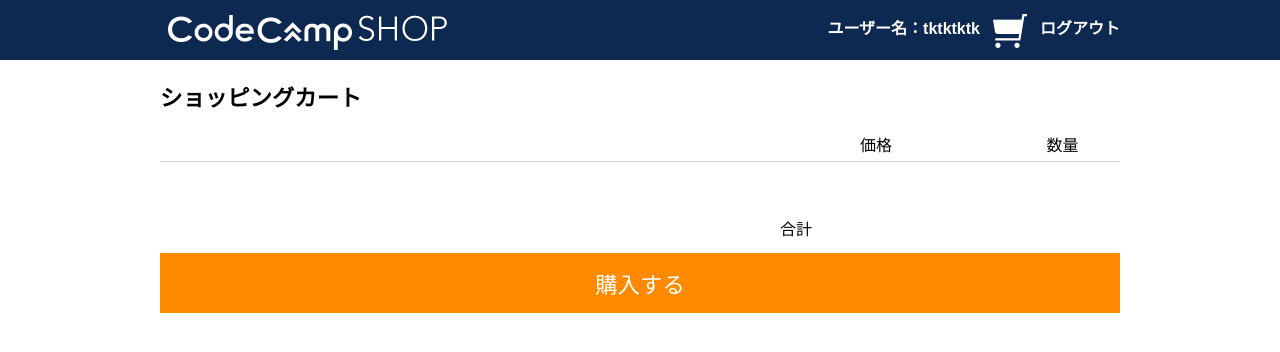
Repository: tppei/PHP
Page: http://localhost/ECinclude/ec_cart_view.php
The author's editor kept a record of every edit. The page is drawn from the files as they stood at one moment, then again after the next edit.
The browser window is 1280 px wide. The pictures show the whole page.
The page is run by PHP 8.4 with error messages shown; the project is at /var/www/html/.

Above is the page before.

### ECinclude/ec_cart_view.php
<!DOCTYPE html>
<html lang="ja">
<head>
  <meta charset="utf-8">
  <title>ショッピングカートページ</title>
  <link type="text/css" rel="stylesheet" href="./css/common.css">
</head>
<body>
  <header>
    <div class="header-box">
      <a href="./ec_login.php">
        <img class="logo" src="./image/logo.png" alt="CodeCamp SHOP">
      </a>
      <a class="nemu" href="./ec_logout.php">ログアウト</a>
      <a href="./ec_cart.php" class="cart"></a>
      <p class="nemu">ユーザー名：tktktktk</p>
    </div>
  </header>
  <div class="content">
    <h1 class="title">ショッピングカート</h1>

    <div class="cart-list-title">
      <span class="cart-list-price">価格</span>
      <span class="cart-list-num">数量</span>
    </div>
    <ul class="cart-list">
    　<?php
      if(!empty($data)){

        foreach($data as $go){
      ?>
      <li>
        <div class="cart-item">
          <?php print '<img class = "item-img" src= "./image/'.$go['img'].'">'?>
          <span class="cart-item-name"><?php print htmlspecialchars($go['name'],ENT_QUOTES,'UTF-8')?></span>
          <form class="cart-item-del" action="./ec_cart.php" method="post">
            <input type="submit" value="削除">
            <input type="hidden" name="item_id" value="<?php print htmlspecialchars($go['item_id'],ENT_QUOTES,'UTF-8')?>">
            <input type="hidden" name="delete" value="delete_cart">
          </form>
          <span class="cart-item-price"><?php print '￥' . htmlspecialchars($go['price'],ENT_QUOTES,'UTF-8')?></span>
          <form class="form_select_amount" id="form_select_amount<?php print htmlspecialchars($go['item_id'],ENT_QUOTES,'UTF-8')?>" action="./ec_cart.php" method="post">
            <input type="text" class="cart-item-num2" min="0" name="select_amount" value="
            <?php print htmlspecialchars($go['amount'],ENT_QUOTES,'UTF-8')?>
            ">個&nbsp;<input type="submit" value="変更する">
            <input type="hidden" name="item_id" value="<?php print htmlspecialchars($go['item_id'],ENT_QUOTES,'UTF-8')?>">
            <input type="hidden" name="sql_kind" value="change_cart">
          </form>
        </div>
      </li>
      <?php }
      }
      ?>
    </ul>
    <div class="buy-sum-box">
      <span class="buy-sum-title">合計</span>
      <span class="buy-sum-price"></span>
    </div>
    <div>
      <form method="post">
        <input class="buy-btn" type="submit" value="購入する">
      </form>
    </div>
  </div>
</body>
</html>

### htdocs/php25/css/common.css
/* reset -------------------------------------------- */

html, body, div, span, object, iframe,
h1, h2, h3, h4, h5, h6, p, blockquote, pre,
abbr, address, cite, code,
del, dfn, em, img, ins, kbd, q, samp,
small, strong, sub, sup, var,
b, i,
dl, dt, dd, ol, ul, li,
fieldset, form, label, legend,
table, caption, tbody, tfoot, thead, tr, th, td,
article, aside, canvas, details, figcaption, figure,
footer, header, hgroup, menu, nav, section, summary,
time, mark, audio, video {
  margin:0;
  padding:0;
  border:0;
  outline:0;
  font-size:100%;
  vertical-align:baseline;
  background:transparent;
}

ul {
  list-style:none;
}

a {
  text-decoration: none;
}

a:hover {
  text-decoration: underline;
}

/* common -------------------------------------------- */

body {
  font-family: sans-serif;
}

header {
  height: 60px;
  background-color: #0D2851;
}

.header-box {
  margin-left : auto ;
  margin-right : auto ;
  width: 960px;
}

.logo {
  float: left;
  display:block;
}

.cart {
  float: right;
  display:block;
  width:50px;
  height:50px;
  background:url("../image/cart.png")  no-repeat;
}

a:hover.cart {
  background: url("../image/cart_hover.png") no-repeat;
}

a:active.cart {
  background: url("../image/cart_on.png") no-repeat;
}

.nemu {
  float: right;
  display:block;
  margin: 15px 0 0 10px;
  font-weight: bold;
  font-size: 16px;
  color: #ffffff;
}

a:link.nemu {
  color: #ffffff;
}

a:visited.nemu  {
  color: #ffffff;
}


.content {
  margin-left : auto ;
  margin-right : auto ;
  width: 960px;
}

.success-msg {
  color: blue;
}

.err-msg {
  color: #FF0000;
}


/* top page -------------------------------------------- */

.item-list li {
  float:left;
  margin-top: 20px;
  margin-left: 20px;
  width:300px;
}

.item-list .item {
  text-align: center;
}

.item-list .item-img{
  width:300px;
}

.item-list .item-info{
  margin-top: 5px;
}

.item-list .item-name {
  float:left;
}

.item-list .item-price {
  display:block;
  float:right;
}

.item-list .cart-btn {
  display:block;
  clear:both;
  margin:0 auto;
  width:160px;
  height:40px;
  color: #ffffff;
  font-size: 100%;
  background-color: #00A7F7;
  border:none;
}

.item-list .sold-out{
  clear:both;
  height:40px;
  color: #FF0000;
  font-size: 1.2em;
}

/* cart, finish page -------------------------------------------- */

.title {
  margin-top: 20px;
  font-size: 1.4em;
}

.cart-list-title {
  clear:both;
  margin-top: 20px;
  margin-bottom: 10px;
  padding-bottom: 5px;
  border-bottom: 1px solid #ccc;
}

.cart-list-title .cart-list-price{
  margin-left: 700px;
}

.cart-list-title .cart-list-num {
  margin-left: 150px;
}

.cart-list .cart-item {
  clear:both;
  margin-top: 10px;
  margin-bottom: 10px;
  vertical-align: middle;
  border-bottom: 1px solid #ccc;
}

.cart-list .cart-item-img{
  width:120px;
}

.cart-list .cart-item-name{
  position: absolute;
  margin-left: 30px;
  width: 500px;
}

.cart-item-del{
  display: inline;
  position: absolute;
  margin-left: 470px;
}

.cart-list .cart-item-price {
  position: absolute;
  margin-left: 560px;
  color: #FF0000;
}

.cart-list .form_select_amount {
  float:right;
  margin-left: 50px;
}

.cart-list .cart-item-num {
  width:100px;
  height:30px;
  font-size: 1.2em;
}

.cart-list .cart-item-num2 {
    width: 50px;
}

.buy-sum-box{
  clear:both;
  margin-top: 10px;
}

.buy-sum-box .buy-sum-title{
  margin-left: 620px;
}

.buy-sum-box .buy-sum-price{
  margin-left: 30px;
  font-size: 2em;
  color: #FF0000;
}

.buy-btn {
  display:block;
  margin-top: 10px;
  width:100%;
  height:60px;
  color: #ffffff;
  background-color: #FF8A00;
  font-size: 1.4em;
  border:none;
}

/* finish page -------------------------------------------- */

.finish-msg{
  margin-top: 20px;
  height:60px;
  font-size: 1.4em;
  text-align: center;
  line-height:60px;
  background-color: #FFF2DC;
}

.finish-item-price {
  position: absolute;
  margin-left: 800px;
}

/* login page -------------------------------------------- */
.login {
  margin-top: 50px;
  margin-left : auto ;
  margin-right : auto ;
  width: 400px;
}

.account-create {
  margin-top: 30px;
}

/* register page -------------------------------------------- */
.register {
  margin-top: 50px;
  margin-left : auto ;
  margin-right : auto ;
  width: 400px;
}

.login-link {
  margin-top: 30px;
}

.logout{
  margin: 100px;
}

After the next edit:
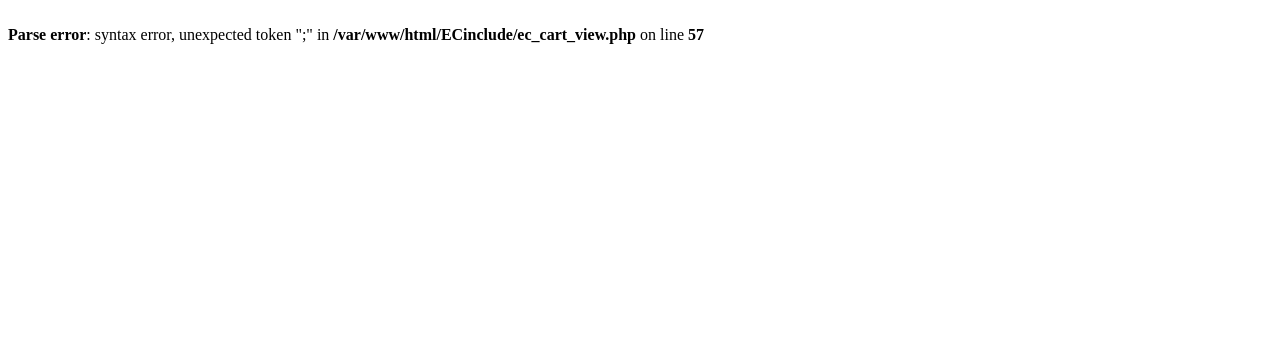
The edit:
--- a/ECinclude/ec_cart_view.php
+++ b/ECinclude/ec_cart_view.php
@@ -54,7 +54,7 @@
     </ul>
     <div class="buy-sum-box">
       <span class="buy-sum-title">合計</span>
-      <span class="buy-sum-price"></span>
+      <span class="buy-sum-price"><?php print "￥" .;?></span>
     </div>
     <div>
       <form method="post">
